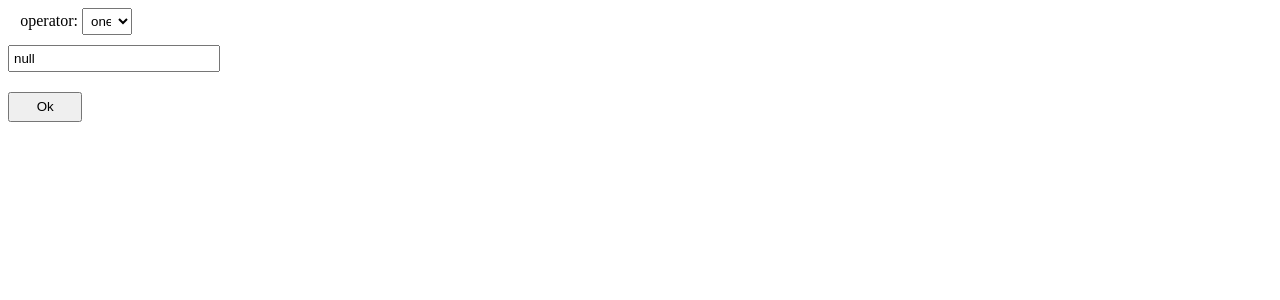
Repository: 5anniversary/JSPhw
Page: http://localhost/lecture1/form01/form2.jsp
These files come from the project's save history. The page is drawn as it stood at one moment and after the next save; the edit follows.
The browser window is 1280 px wide. The pictures show the whole page.
The page is served by Tomcat 9.

Above is the page before, as saved 2020-04-11 14:33:26.

After the next save:
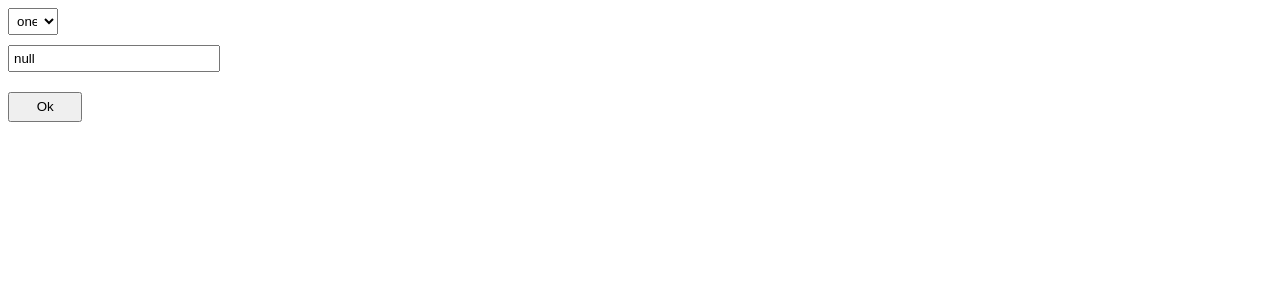
Saved 32 s later.
--- a/lecture1/WebContent/form01/form2.jsp
+++ b/lecture1/WebContent/form01/form2.jsp
@@ -59,7 +59,7 @@ td, th {
 	%>
 	<form method="get">
 		<div>
-			<label>operator:</label> <select name="s1">
+			<select name="s1">
 				<option value="one" <%="one".equals(s1) ? "selected" : "one"%>>one</option>
 				<option value="two" <%="two".equals(s1) ? "selected" : ""%>>two</option>
 				<option value="three" <%="three".equals(s1) ? "selected" : ""%>>three</option>
